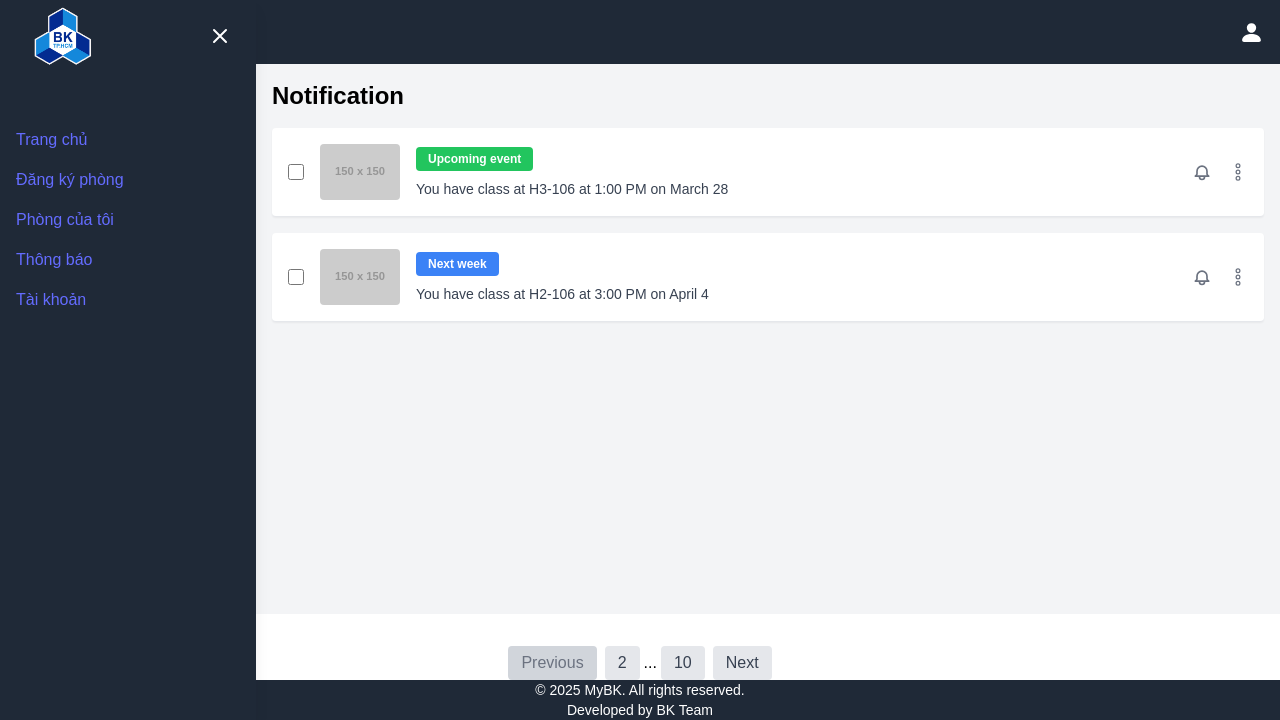
Repository: CNPM-S3MRS/frontend-web
Page: /notification
An editor plug-in stored every save of this project. The page is shown before and after the next save, followed by the edit.
The browser window is 1280 px wide. The pictures show the whole page.
The project was rebuilt for these pictures with package versions that can differ from the ones it lists, and the page was loaded fresh each time. Also part of the build but not shown: vite.config.js, src/pages/auth/Login.jsx.

Above is the page before, as saved 2025-04-09 03:11:19.

After the next save:
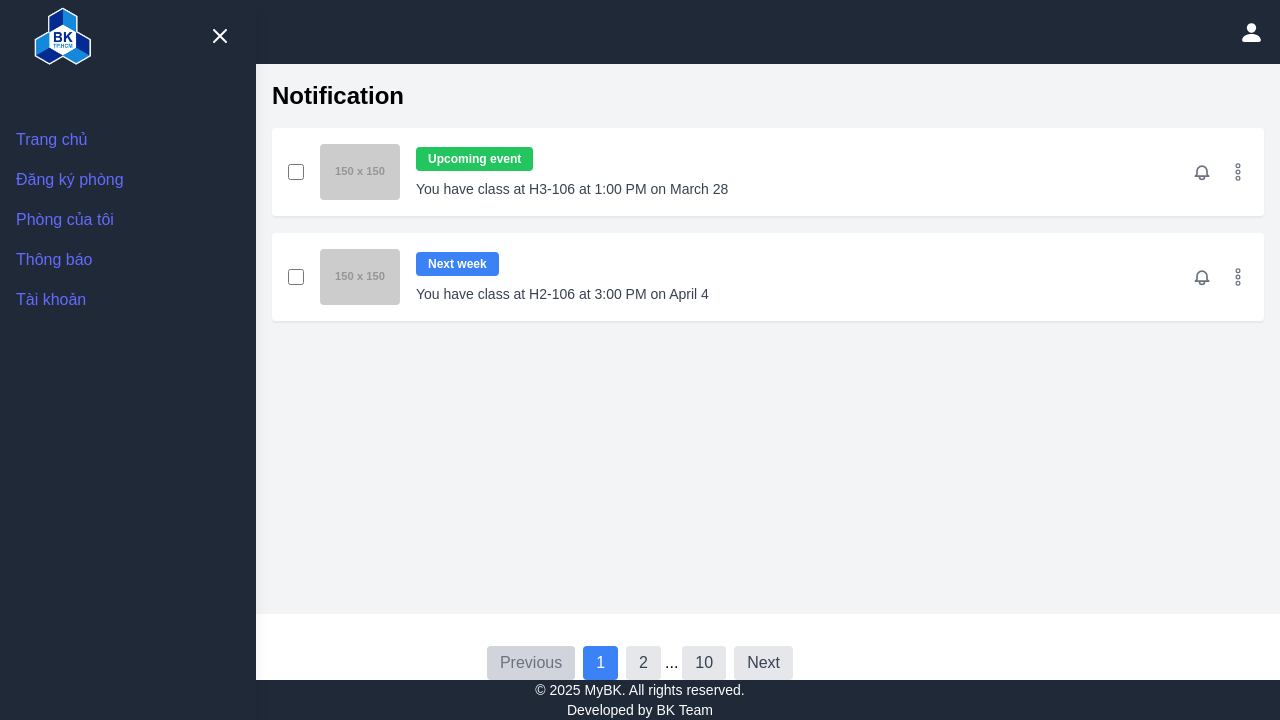
Saved 2 min 9 s later.
--- a/src/components/pagination/Pagination.jsx
+++ b/src/components/pagination/Pagination.jsx
@@ -15,34 +15,36 @@
 
   const renderPageNumbers = () => {
     const pageNumbers = [];
-    const maxVisiblePages = 5;
+    const maxVisiblePages = 5; // Maximum number of visible pages
 
     if (totalPages <= maxVisiblePages) {
+      // Show all pages if total pages are less than or equal to maxVisiblePages
       for (let i = 1; i <= totalPages; i++) {
         pageNumbers.push(renderPageButton(i));
       }
     } else {
-      // Show ellipsis for large page ranges
-      if (currentPage > 2) {
-        pageNumbers.push(renderPageButton(1));
-        if (currentPage > 3) {
-          pageNumbers.push(<span key="start-ellipsis">...</span>);
-        }
+      // Always show the first page
+      pageNumbers.push(renderPageButton(1));
+
+      // Add ellipsis if currentPage > 3
+      if (currentPage > 3) {
+        pageNumbers.push(<span key="start-ellipsis">...</span>);
       }
 
-      // Show current page and surrounding pages
+      // Show current page and its neighbors
       const startPage = Math.max(2, currentPage - 1);
       const endPage = Math.min(totalPages - 1, currentPage + 1);
       for (let i = startPage; i <= endPage; i++) {
         pageNumbers.push(renderPageButton(i));
       }
 
-      if (currentPage < totalPages - 1) {
-        if (currentPage < totalPages - 2) {
-          pageNumbers.push(<span key="end-ellipsis">...</span>); // Ellipsis
-        }
-        pageNumbers.push(renderPageButton(totalPages)); // Last page
+      // Add ellipsis if currentPage < totalPages - 2
+      if (currentPage < totalPages - 2) {
+        pageNumbers.push(<span key="end-ellipsis">...</span>);
       }
+
+      // Always show the last page
+      pageNumbers.push(renderPageButton(totalPages));
     }
 
     return pageNumbers;

After the save that followed:
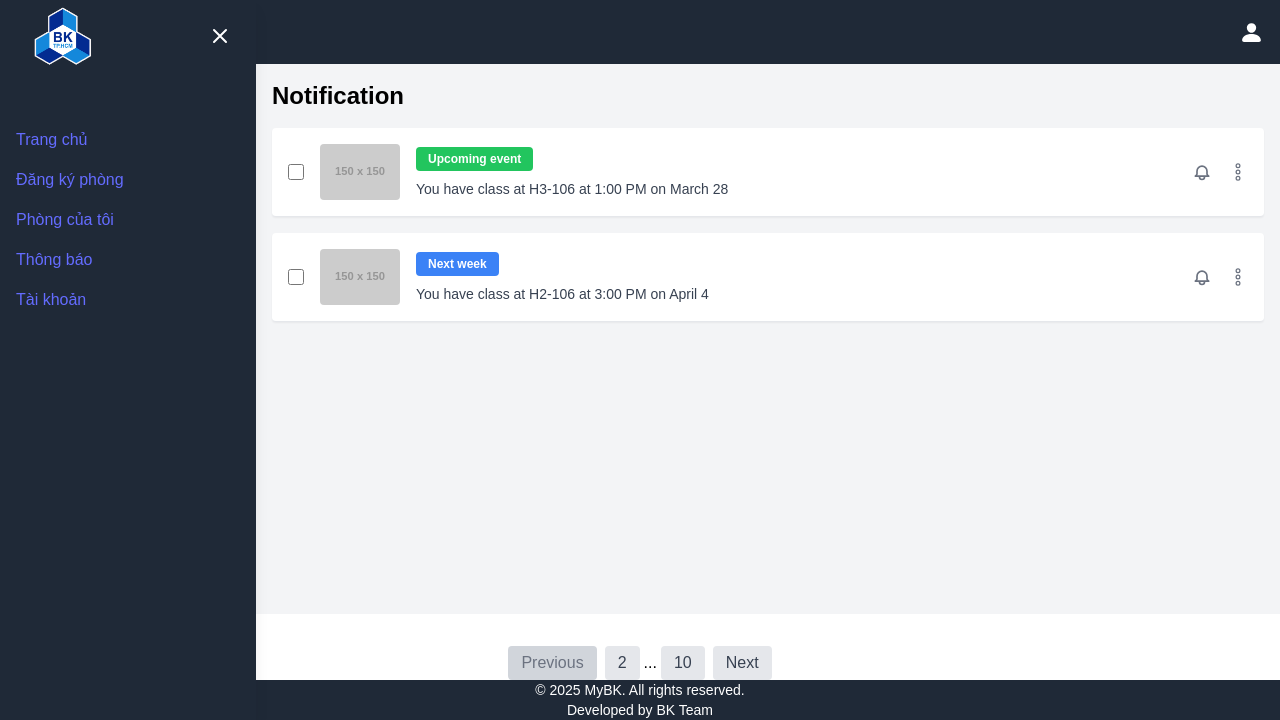
Saved 42 s later.
--- a/src/components/pagination/Pagination.jsx
+++ b/src/components/pagination/Pagination.jsx
@@ -23,8 +23,8 @@
         pageNumbers.push(renderPageButton(i));
       }
     } else {
-      // Always show the first page
-      pageNumbers.push(renderPageButton(1));
+    //   // Always show the first page
+    //   pageNumbers.push(renderPageButton(1));
 
       // Add ellipsis if currentPage > 3
       if (currentPage > 3) {
